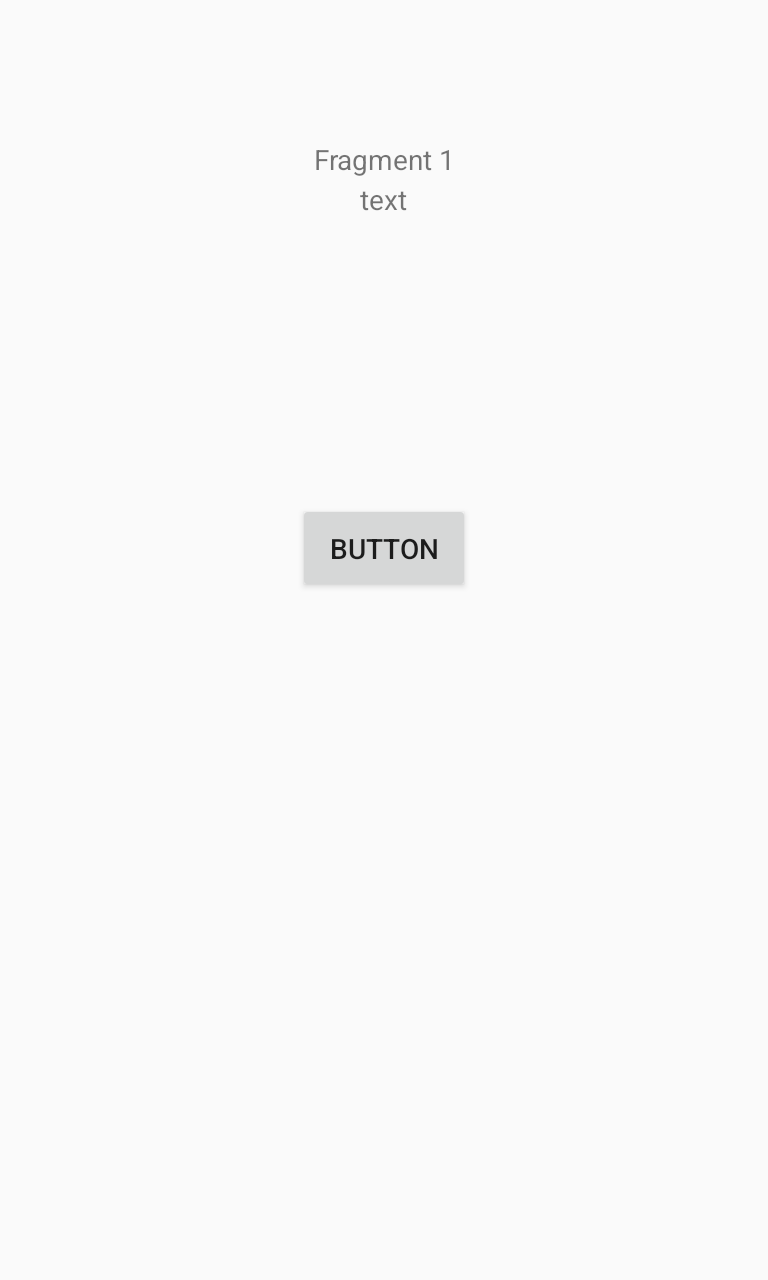
Repository: JottaReyes/BootcampsGlobant
Layout: BootcampsGlobant/res/layout/activity_fragment_1.xml
An editor plug-in stored every save of this project. The layout is shown before and after the next save, followed by the edit.
It is drawn on a 768 x 1280 px phone screen (xhdpi) without system bars, with theme AppTheme; the app's code is not run.

Above is the layout before, as saved 2014-06-24 20:47:39.

### BootcampsGlobant/res/layout/activity_fragment_1.xml
<FrameLayout xmlns:android="http://schemas.android.com/apk/res/android"
    xmlns:tools="http://schemas.android.com/tools"
    android:id="@+id/container"
    android:layout_width="match_parent"
    android:layout_height="match_parent"
    tools:context="com.globant.bootcampsglobant.Fragment_1"
    tools:ignore="MergeRootFrame" >

    <TextView
        android:layout_width="wrap_content"
        android:layout_height="wrap_content"
        android:layout_gravity="center_horizontal"
        android:layout_marginTop="70dp"
        android:gravity="center"
        android:text="@string/text_view_fragment_1" />

    <TextView
        android:layout_width="wrap_content"
        android:layout_height="wrap_content"
        android:layout_gravity="center_horizontal"
        android:layout_marginTop="90dp"
        android:gravity="center"
        android:id="@+id/fragment1_text"
        android:text="text" />


    <ProgressBar
        android:id="@+id/progressBarHorizontal"
        style="?android:attr/progressBarStyleHorizontal"
        android:layout_width="158dp"
        android:layout_height="wrap_content"
        android:layout_gravity="center_horizontal"
        android:layout_marginTop="100dp"
        android:visibility="invisible" />

    <Button
        android:id="@+id/button1"
        android:layout_width="wrap_content"
        android:layout_height="wrap_content"
        android:layout_gravity="center_horizontal"
        android:layout_marginTop="250dp"
        android:text="Button" />

</FrameLayout>

### BootcampsGlobant/res/values/strings.xml
<?xml version="1.0" encoding="utf-8"?>
<resources>

    <string name="app_name">BootcampsGlobant</string>
    <string name="hello_world">Hello world!</string>
    <string name="action_settings">Settings</string>
    <string name="action_update">Update</string>
    <string name="drawer_open">Open Drawer</string>
    <string name="drawer_close">Close Drawer</string>
    <string name="text_loading">Loading</string>
    <string name="text_loaded">Loaded!!</string>
    <string name="text_button">Load Bar</string>

    <string-array name="Items">
        <item>Item 1</item>
        <item>Item 2</item>
        <item>Item 3</item>
        <item>Item 4</item>
    </string-array>

    <string name="title_activity_fragment_1">Fragment 1</string>
    <string name="text_view_fragment_1">Fragment 1</string>

    <string name="title_activity_fragment_2">Fragment 2</string>
    <string name="text_view_fragment_2">Fragment 2</string>

    <string name="title_activity_fragment_3">Fragment 3</string>
    <string name="text_view_fragment_3">Fragment 3</string>

    <string name="title_activity_fragment_4">Fragment 4</string>
    <string name="text_view_fragment_4">Fragment 4</string>

</resources>

Loaded but not shown: BootcampsGlobant/res/values/styles.xml (common file); BootcampsGlobant/res/values-v11/styles.xml (common file); BootcampsGlobant/res/values-v14/styles.xml (common file)

After the next save:
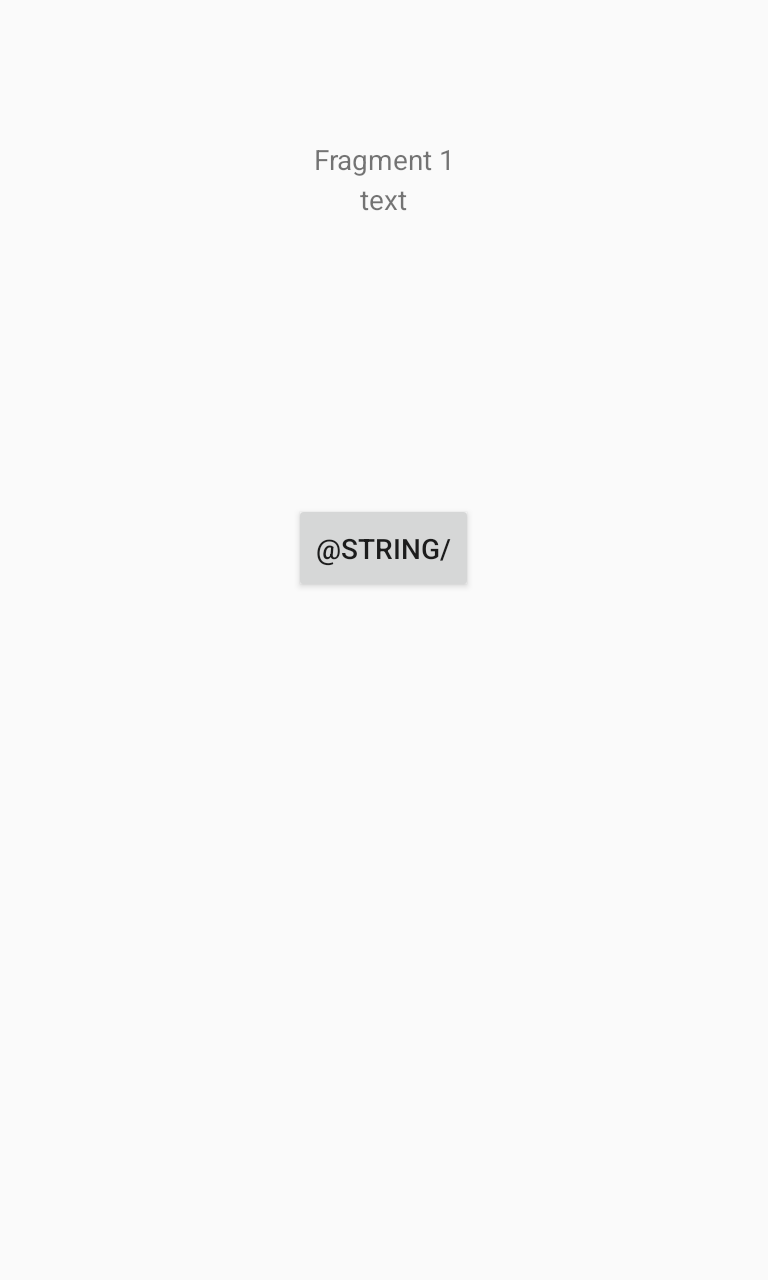
Saved 31 s later.
--- a/BootcampsGlobant/res/layout/activity_fragment_1.xml
+++ b/BootcampsGlobant/res/layout/activity_fragment_1.xml
@@ -23,22 +23,12 @@
         android:id="@+id/fragment1_text"
         android:text="text" />
 
-
-    <ProgressBar
-        android:id="@+id/progressBarHorizontal"
-        style="?android:attr/progressBarStyleHorizontal"
-        android:layout_width="158dp"
-        android:layout_height="wrap_content"
-        android:layout_gravity="center_horizontal"
-        android:layout_marginTop="100dp"
-        android:visibility="invisible" />
-
     <Button
         android:id="@+id/button1"
         android:layout_width="wrap_content"
         android:layout_height="wrap_content"
         android:layout_gravity="center_horizontal"
         android:layout_marginTop="250dp"
-        android:text="Button" />
+        android:text="@string/" />
 
 </FrameLayout>
